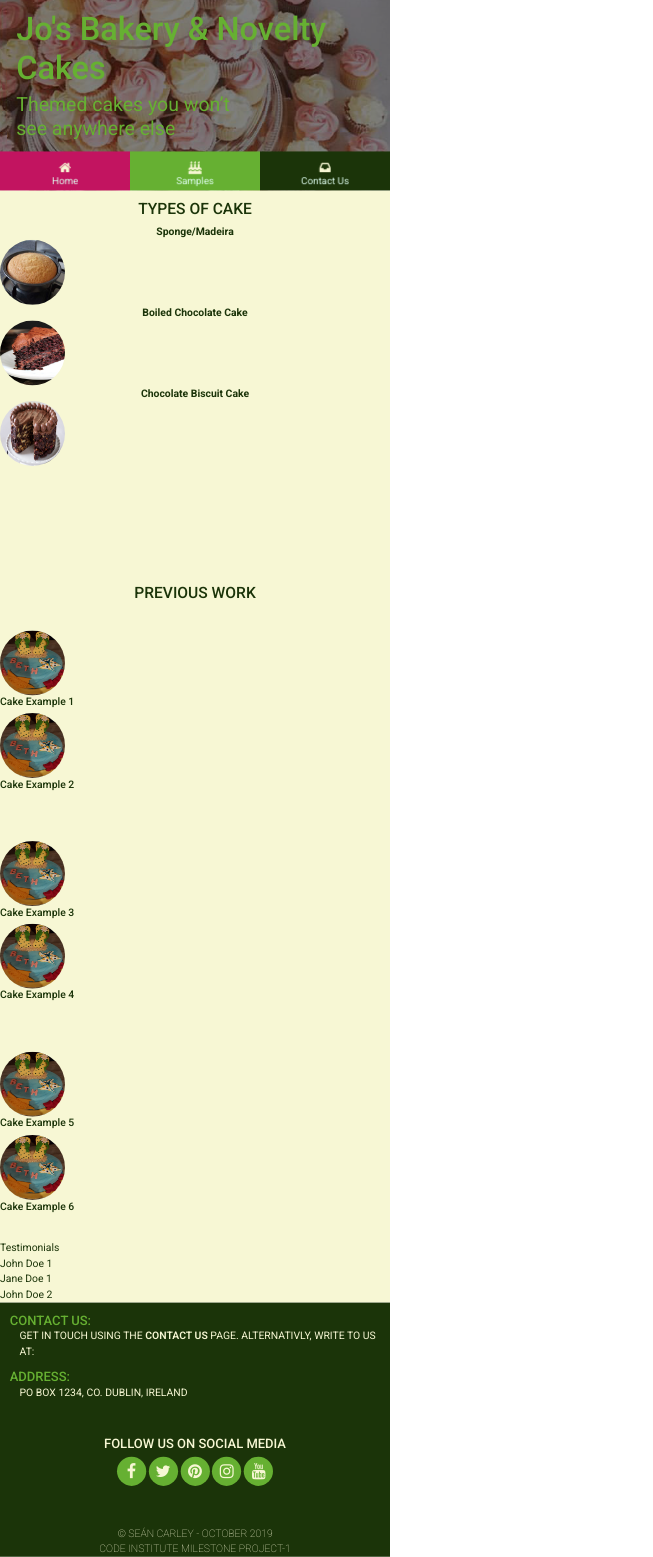
Repository: seanjcarley/Milestone1
Page: showcase.html
The author's editor kept a record of every edit. The page is drawn from the files as they stood at one moment, then again after the next edit.
The browser window is 600 px wide. The page is 1004 px wide, so the pictures cover 1004 px, including what lies to the right of the window. The pictures show the whole page, at 65% of full size.

Above is the page before.
Console error: TypeError: Cannot read properties of undefined (reading 'fn')

After the next edit:
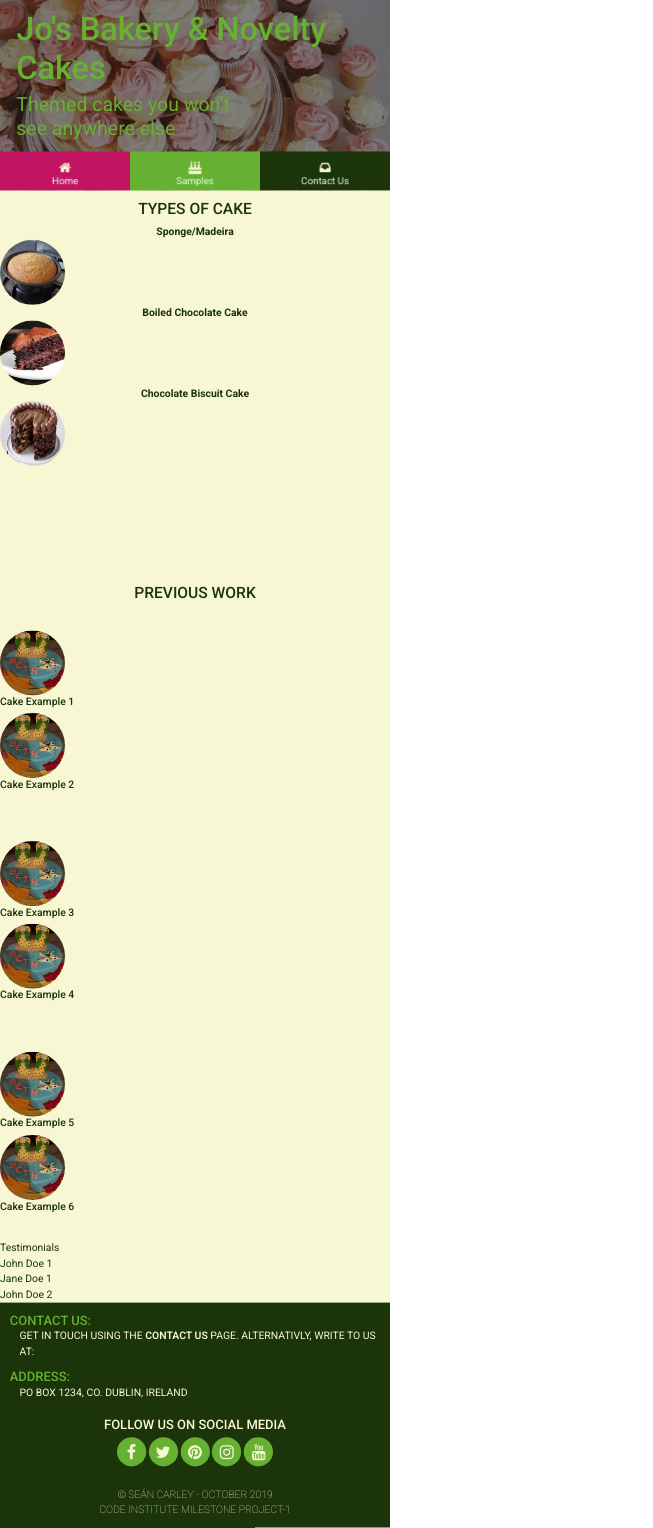
The edit:
--- a/css/style.css
+++ b/css/style.css
@@ -429,6 +429,14 @@
         width: 90%;
     }
 
+    .copyrite {
+        margin-top: 15px;
+        margin-bottom: 15px;
+    }
+    .social {
+        margin-top: 15px;
+    }
+
 }
 
 @media (min-width: 768px) and (max-width: 992px){
